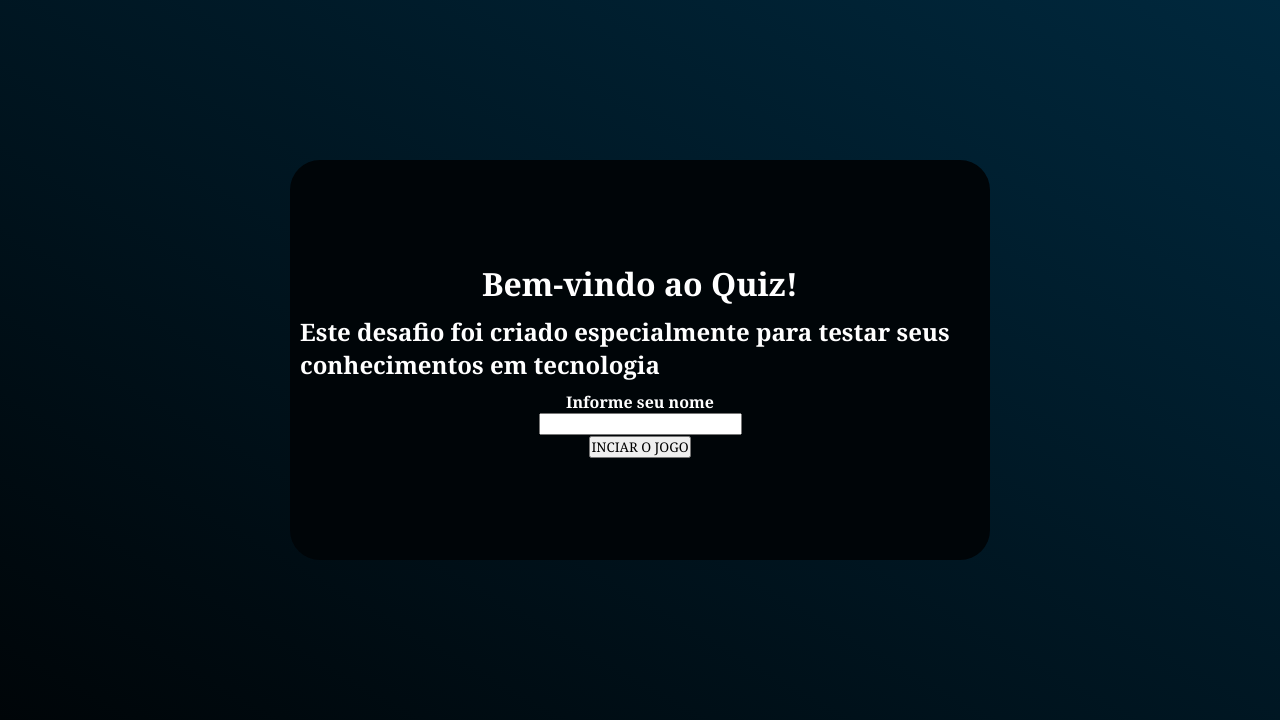
Repository: LaisSilvaO/Projeto-Quizz
Page: telas/apresentação.html
The author's editor kept a copy of each file at every save. The page is drawn from the files as they stood at one save, then again after the next save.
The browser window is 1280 px wide. The pictures show the whole page.

Above is the page before, as saved 2024-12-25 21:39:31.

### telas/apresentação.html
<!DOCTYPE html>
<html lang="pt-br">

<head>
    <meta charset="UTF-8">
    <meta name="viewport" content="width=device-width, initial-scale=1.0">
    <title>Quiz</title>
    <link rel="stylesheet" href="../img/tela.css">
</head>

<body>
    <div class="box1">
        <div class="box2">

            <h1> Bem-vindo ao Quiz!</h1>

            <h2>Este desafio foi criado especialmente para testar seus conhecimentos em tecnologia</h2>
            </h2>
            <h4>Informe seu nome </h4>
            <input type="text" id="nome">
            <A href="index.html">
                <h4><button>INCIAR O JOGO</button></h4>
            </A>

        </div>
    </div>

</body>

</html>

### img/tela.css
* {
  margin: 0;
  padding: 0;
  box-sizing: border-box;
  font-family: Cambria, Cochin, Georgia, Times, 'Times New Roman', serif;
}

body {
  height: 100vh;
  display: flex;
  justify-content: center;
  align-items: center;
  flex-direction: column;
  background: linear-gradient(210deg, #00283d, #000508);
}

main {
  background-color: white;
  padding: 10px;
  border-radius: 10px;
  width: 100%;
  max-width: 600px;
  min-height: 400px;
  display: flex;
  justify-content: center;
  align-items: center;
}

.box1{
  position: relative;
  width: 700px;
  height: 410px;

  border-radius: 30px;
  display: flex;
  justify-content: center;
  align-items: center;
  flex-direction: column;
  overflow: hidden;

}
.box2 {
  position: relative;
  width: 700px;
  height: 400px;
  background-color: #000508;
  border-radius: 30px;
  display: flex;
  justify-content: center;
  align-items: center;
  flex-direction: column;
  overflow: hidden;
  color: white;
}

/* Borda animada externa */
.box1::before {
  content: '';
  position: absolute;
  top: 0;
  left: 0;
  width: 100%;
  height: 100%;
  border-radius: 30px;
  border: 0px solid transparent; /* Espessura da borda aumentada */
  background-image: linear-gradient(to bottom, #157815, #93b608);
  background-size: 400%; /* Aumenta o tamanho da animação da borda */
  animation: borderAnimation 6s linear  infinite ;
  z-index: -1; /* Garante que a borda fique atrás do conteúdo */
}

@keyframes borderAnimation {
  0% {
    top: 0px;
    left: 0px;
}
25% {
    top: 0px;
    left: 700px; /* Canto superior direito */
}
50% {
    top: 0px;
    left: 0px; /* Canto inferior direito */
}
75% {
    top: 700px;
    left: 0px; /* Canto inferior esquerdo */
}
100% {
    top: 700px;
    left: 0px;  /* Retorna ao canto superior esquerdo */
}
}

h2{
  padding: 10px;
}

After the next save:
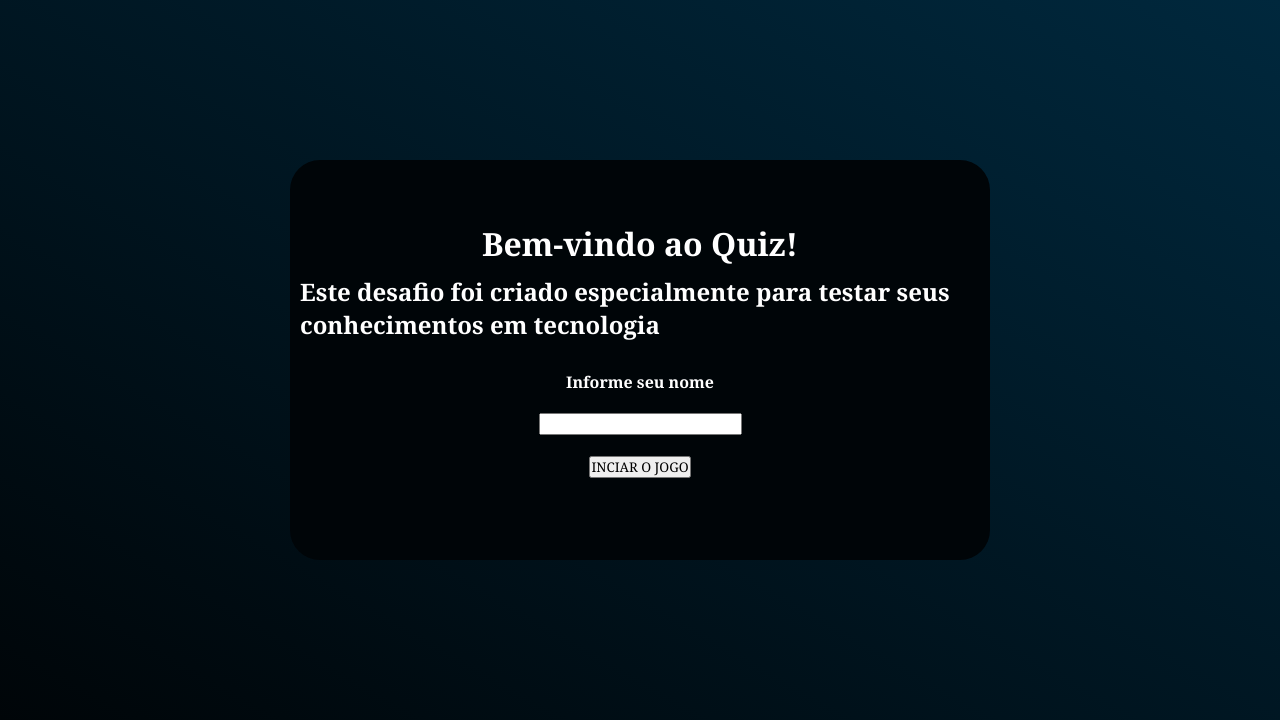
Saved 42 s later.
--- a/img/tela.css
+++ b/img/tela.css
@@ -95,3 +95,6 @@ main {
 h2{
   padding: 10px;
 }
+h4{
+  padding: 20px;
+}
